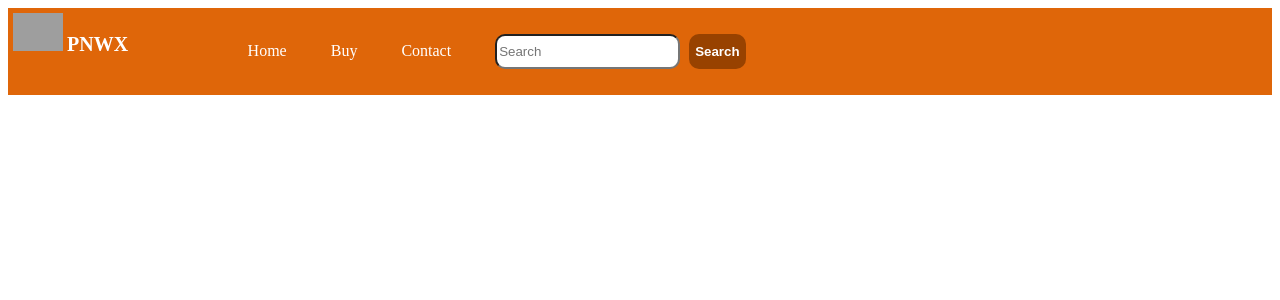
Repository: meiming24/meiming24.github.io
Page: index.html
An editor plug-in stored every save of this project. The page is shown before and after the next save, followed by the edit.
The browser window is 1280 px wide. The pictures show the whole page.
Pictures or frames that could not be fetched are drawn as grey boxes.

Above is the page before, as saved 2022-05-09 19:29:04.

After the next save:
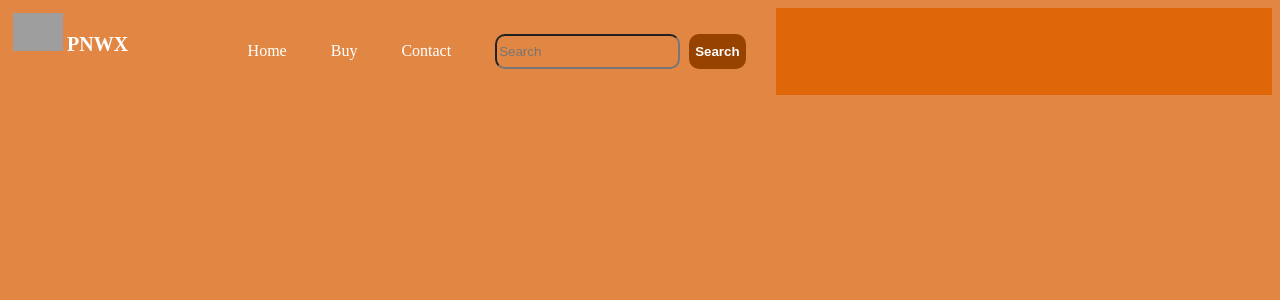
Saved 39 s later.
--- a/index.css
+++ b/index.css
@@ -1,5 +1,5 @@
 * {
-
+    background-color: #e28743
 }
 
 .container {
